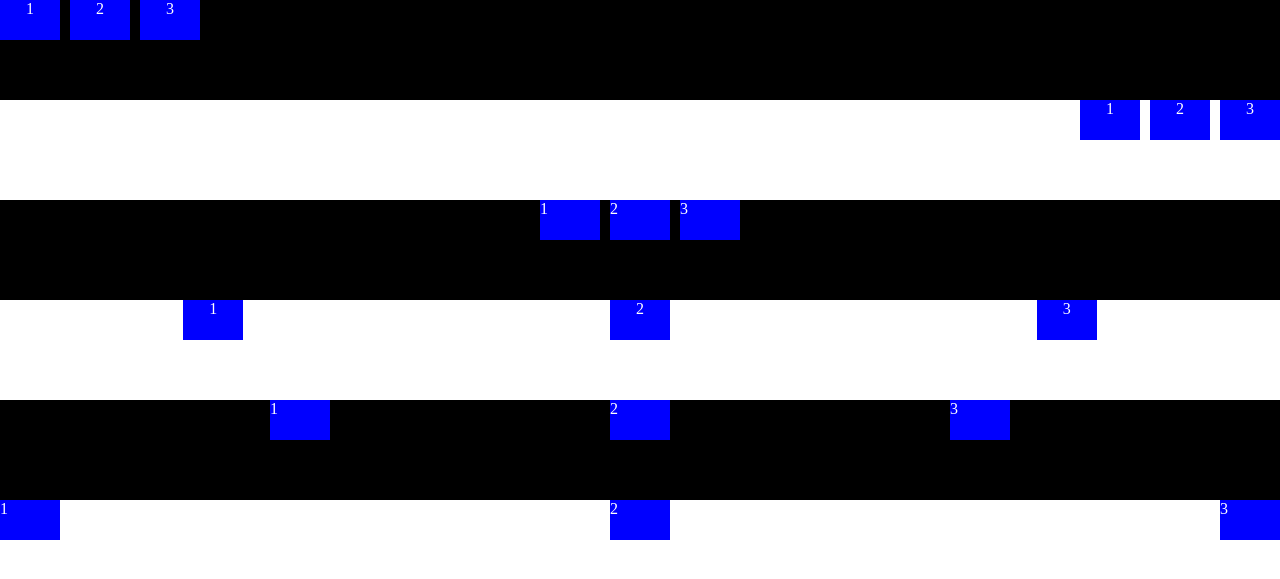
Repository: Elesion08/flexbox
Page: index.html
The author's editor kept a copy of each file at every save. The page is drawn from the files as they stood at one save, then again after a run of saves.
The browser window is 1280 px wide. The pictures show the whole page.

Above is the page before, as saved 2025-04-15 08:15:15.

After the next 8 saves:
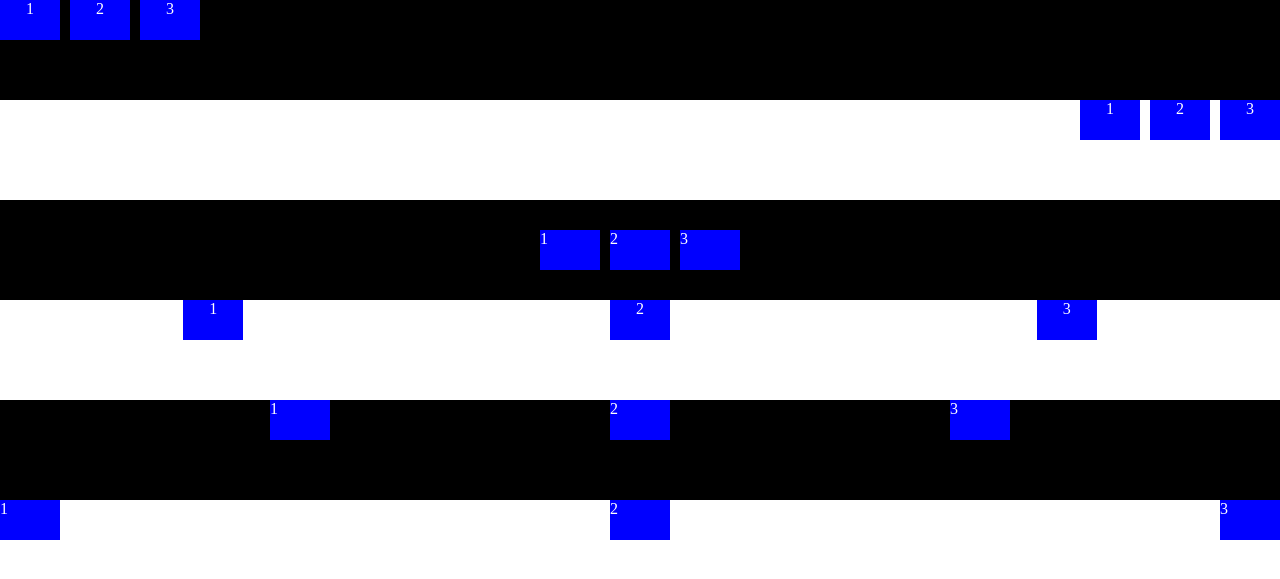
The 8 saves are shown as one change because they came seconds apart.
The last was saved 26 min 20 s later.
--- a/style.css
+++ b/style.css
@@ -60,6 +60,8 @@
   }
 
   .container__card3 {
+    /**/
+    align-items: center;
     /* deixa os itens e suas posições flexiveis */
     display: flex;
     /* centraliza os elementos filhos horizontalmente */
